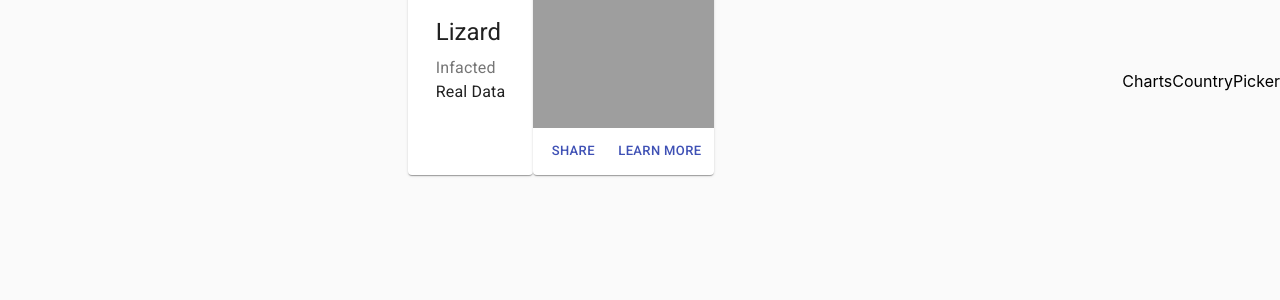
Repository: ranausama48/covid-tracker
Page: /
These files come from the project's save history. The page is drawn as it stood at one moment and after the next save; the edit follows.
The browser window is 1280 px wide. The pictures show the whole page.
Pictures or frames that could not be fetched are drawn as grey boxes. The page's requests for data from a server got no answer. The project was rebuilt for these pictures with package versions that can differ from the ones it lists, and the page was loaded fresh each time. No one was signed in, and anything a server would have sent is missing.

Above is the page before, as saved 2020-07-05 17:52:49.

After the next save:
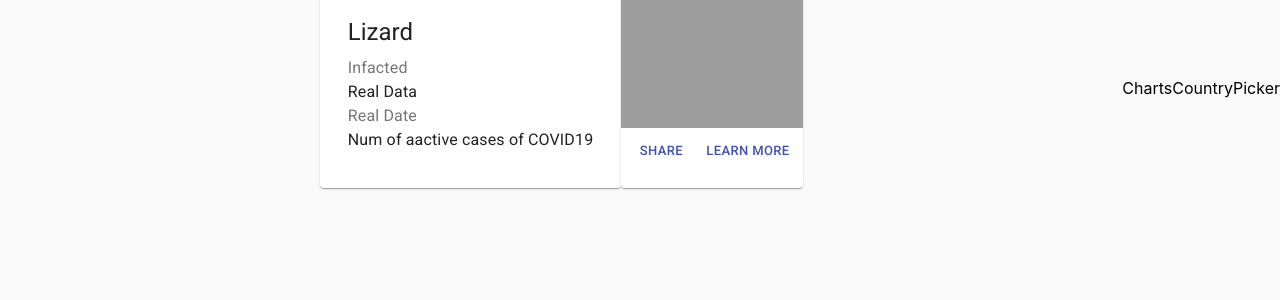
Saved 108 s later.
--- a/src/components/Cards/Cards.jsx
+++ b/src/components/Cards/Cards.jsx
@@ -32,6 +32,10 @@ const Cards = (props) => {
             Infacted
           </Typography>
           <Typography varaint="h5">Real Data</Typography>
+          <Typography color="textSecondary">Real Date</Typography>
+          <Typography varaint="body2">
+            Num of aactive cases of COVID19
+          </Typography>
         </CardContent>
       </Grid>
       <Card className={classes.root}>
